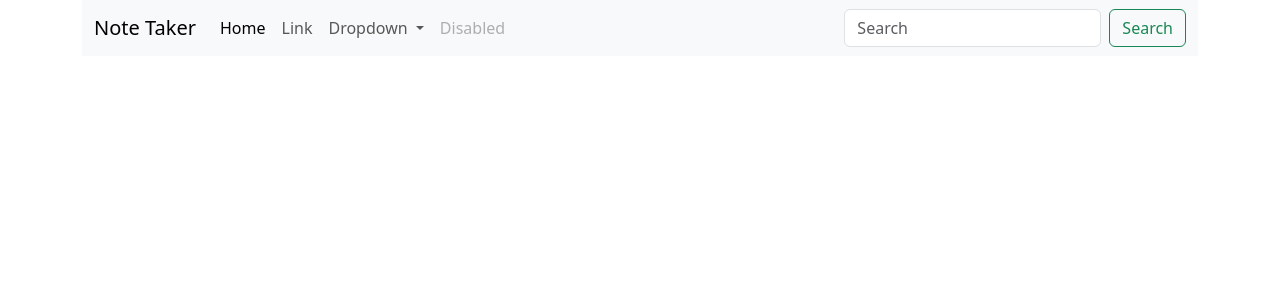
Repository: ArbabAdnan/hibernate
Page: http://localhost/NoteTaker/
The author's editor kept a copy of each file at every save. The page is drawn from the files as they stood at one save, then again after the next save.
The browser window is 1280 px wide. The pictures show the whole page.
The page is served by Tomcat 9. Other server files are loaded and not shown.

Above is the page before, as saved 2023-02-11 13:49:28.

### NoteTaker/src/main/webapp/index.jsp
<!doctype html>
<html lang="en">
  <head>
    <meta charset="utf-8">
    <meta name="viewport" content="width=device-width, initial-scale=1">
    <title>NoteTaker</title>
    <link href="https://cdn.jsdelivr.net/npm/bootstrap@5.3.0-alpha1/dist/css/bootstrap.min.css" rel="stylesheet" integrity="sha384-GLhlTQ8iRABdZLl6O3oVMWSktQOp6b7In1Zl3/Jr59b6EGGoI1aFkw7cmDA6j6gD" crossorigin="anonymous">
  </head>
  <body>

    <div class="container">
    	<%@include file="navbar.jsp" %>
    </div>


    <script src="https://cdn.jsdelivr.net/npm/bootstrap@5.3.0-alpha1/dist/js/bootstrap.bundle.min.js" integrity="sha384-w76AqPfDkMBDXo30jS1Sgez6pr3x5MlQ1ZAGC+nuZB+EYdgRZgiwxhTBTkF7CXvN" crossorigin="anonymous"></script>
  </body>
</html>

### NoteTaker/src/main/webapp/navbar.jsp
<nav class="navbar navbar-expand-lg bg-body-tertiary">
  <div class="container-fluid">
    <a class="navbar-brand" href="#">Note Taker</a>
    <button class="navbar-toggler" type="button" data-bs-toggle="collapse" data-bs-target="#navbarSupportedContent" aria-controls="navbarSupportedContent" aria-expanded="false" aria-label="Toggle navigation">
      <span class="navbar-toggler-icon"></span>
    </button>
    <div class="collapse navbar-collapse" id="navbarSupportedContent">
      <ul class="navbar-nav me-auto mb-2 mb-lg-0">
        <li class="nav-item">
          <a class="nav-link active" aria-current="page" href="#">Home</a>
        </li>
        <li class="nav-item">
          <a class="nav-link" href="#">Link</a>
        </li>
        <li class="nav-item dropdown">
          <a class="nav-link dropdown-toggle" href="#" role="button" data-bs-toggle="dropdown" aria-expanded="false">
            Dropdown
          </a>
          <ul class="dropdown-menu">
            <li><a class="dropdown-item" href="#">Action</a></li>
            <li><a class="dropdown-item" href="#">Another action</a></li>
            <li><hr class="dropdown-divider"></li>
            <li><a class="dropdown-item" href="#">Something else here</a></li>
          </ul>
        </li>
        <li class="nav-item">
          <a class="nav-link disabled">Disabled</a>
        </li>
      </ul>
      <form class="d-flex" role="search">
        <input class="form-control me-2" type="search" placeholder="Search" aria-label="Search">
        <button class="btn btn-outline-success" type="submit">Search</button>
      </form>
    </div>
  </div>
</nav>

After the next save:
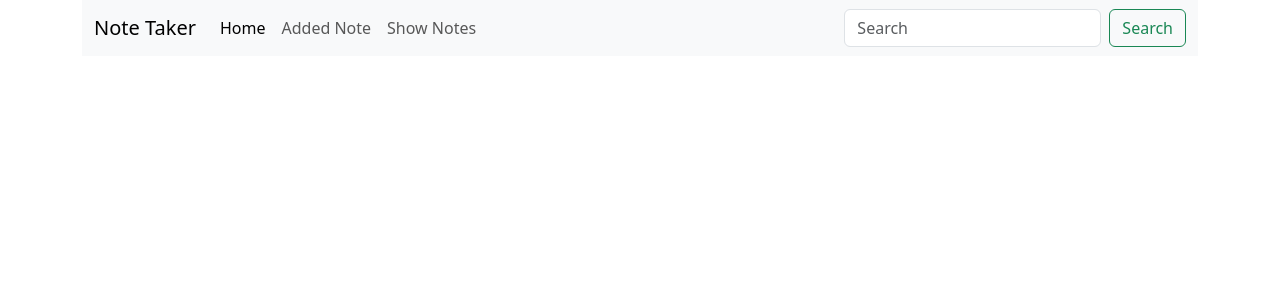
Saved 79 s later.
--- a/NoteTaker/src/main/webapp/navbar.jsp
+++ b/NoteTaker/src/main/webapp/navbar.jsp
@@ -10,21 +10,11 @@
           <a class="nav-link active" aria-current="page" href="#">Home</a>
         </li>
         <li class="nav-item">
-          <a class="nav-link" href="#">Link</a>
+          <a class="nav-link" href="#">Added Note</a>
         </li>
-        <li class="nav-item dropdown">
-          <a class="nav-link dropdown-toggle" href="#" role="button" data-bs-toggle="dropdown" aria-expanded="false">
-            Dropdown
-          </a>
-          <ul class="dropdown-menu">
-            <li><a class="dropdown-item" href="#">Action</a></li>
-            <li><a class="dropdown-item" href="#">Another action</a></li>
-            <li><hr class="dropdown-divider"></li>
-            <li><a class="dropdown-item" href="#">Something else here</a></li>
-          </ul>
-        </li>
+
         <li class="nav-item">
-          <a class="nav-link disabled">Disabled</a>
+          <a class="nav-link ">Show Notes</a>
         </li>
       </ul>
       <form class="d-flex" role="search">
